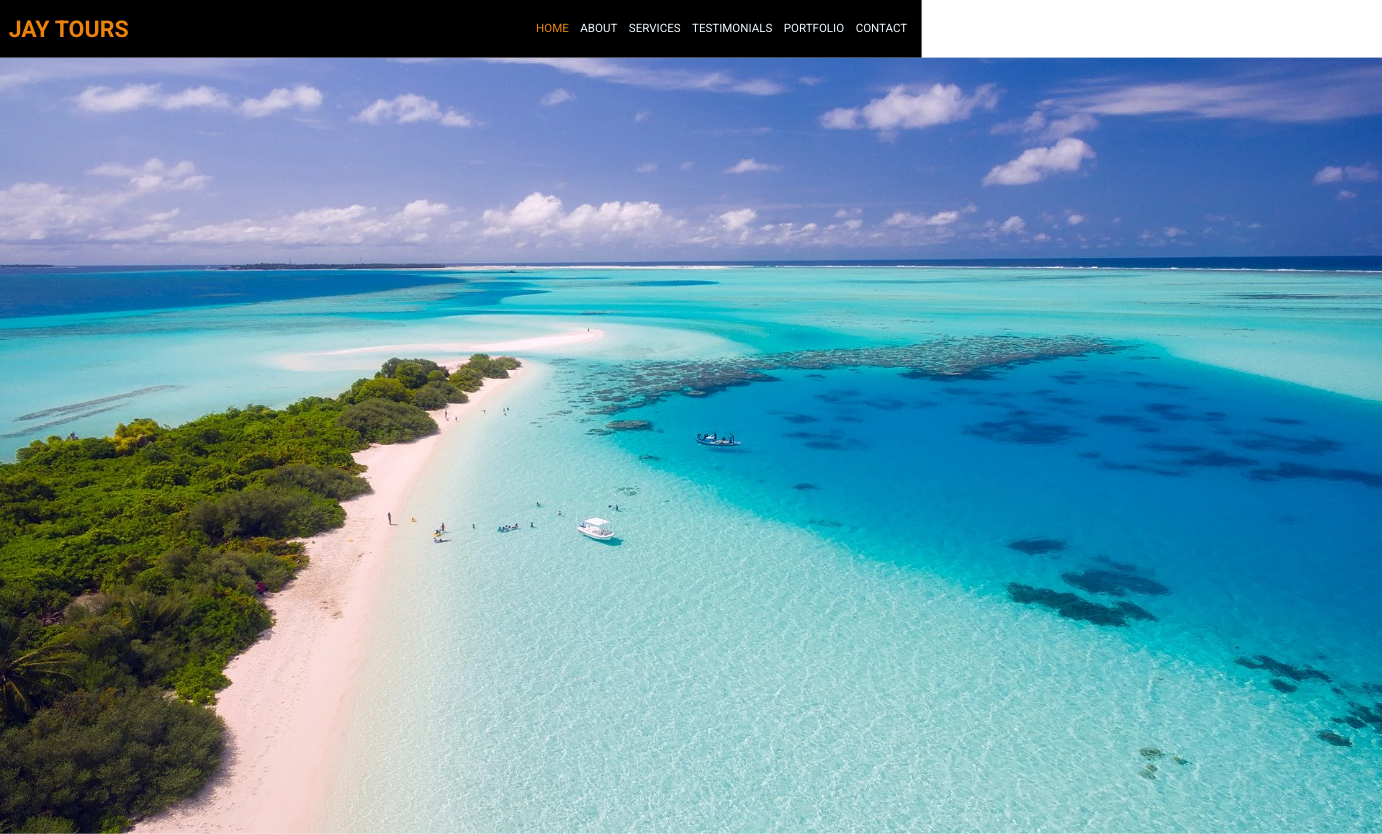
Repository: kasundiudn/Jay-Travel
Page: index.html
The author's editor kept a copy of each file at every save. The page is drawn from the files as they stood at one save, then again after a run of saves.
The browser window is 1280 px wide. The page is 1920 px wide, then 1280 px, then 1920 px, so the pictures cover 1920 px, including what lies to the right of the window. The pictures show the whole page, at 72% of full size.

Above is the page before, as saved 2025-06-26 09:34:53.

After the next 2 saves:
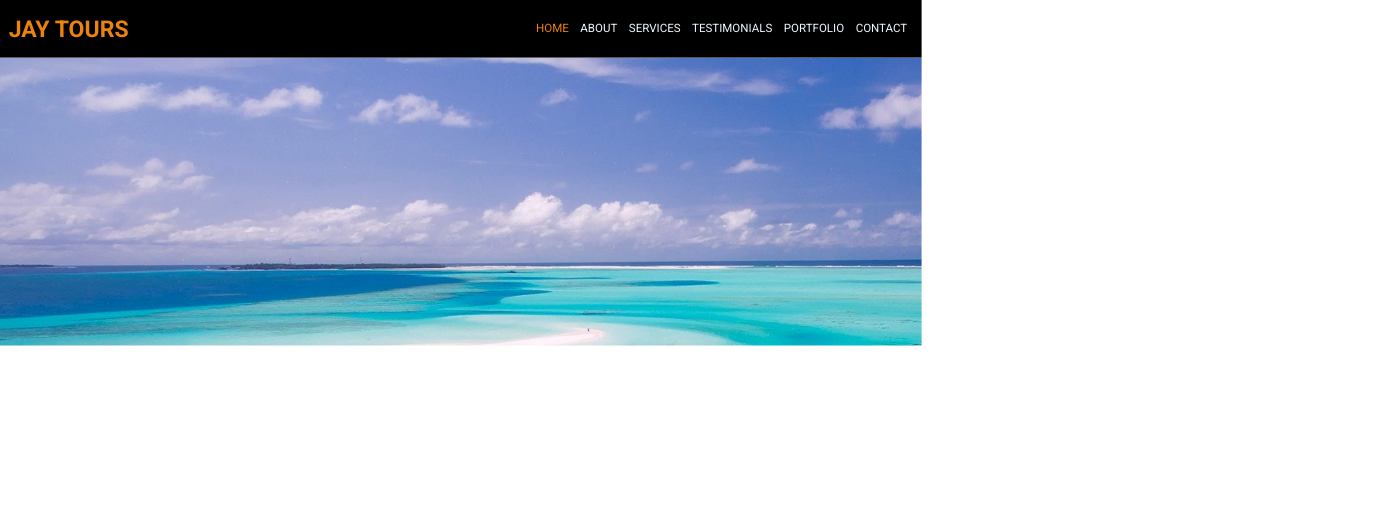
The 2 saves are shown as one change because they came seconds apart.
The last was saved 59 s later.
--- a/index.html
+++ b/index.html
@@ -14,6 +14,11 @@
     .nav-link{
         color: aliceblue;
     }
+    .image-container {
+  width: 100%;
+  height: 400px;
+  overflow: hidden;
+}
   </style>
   </head>
   <body>

After the save that followed:
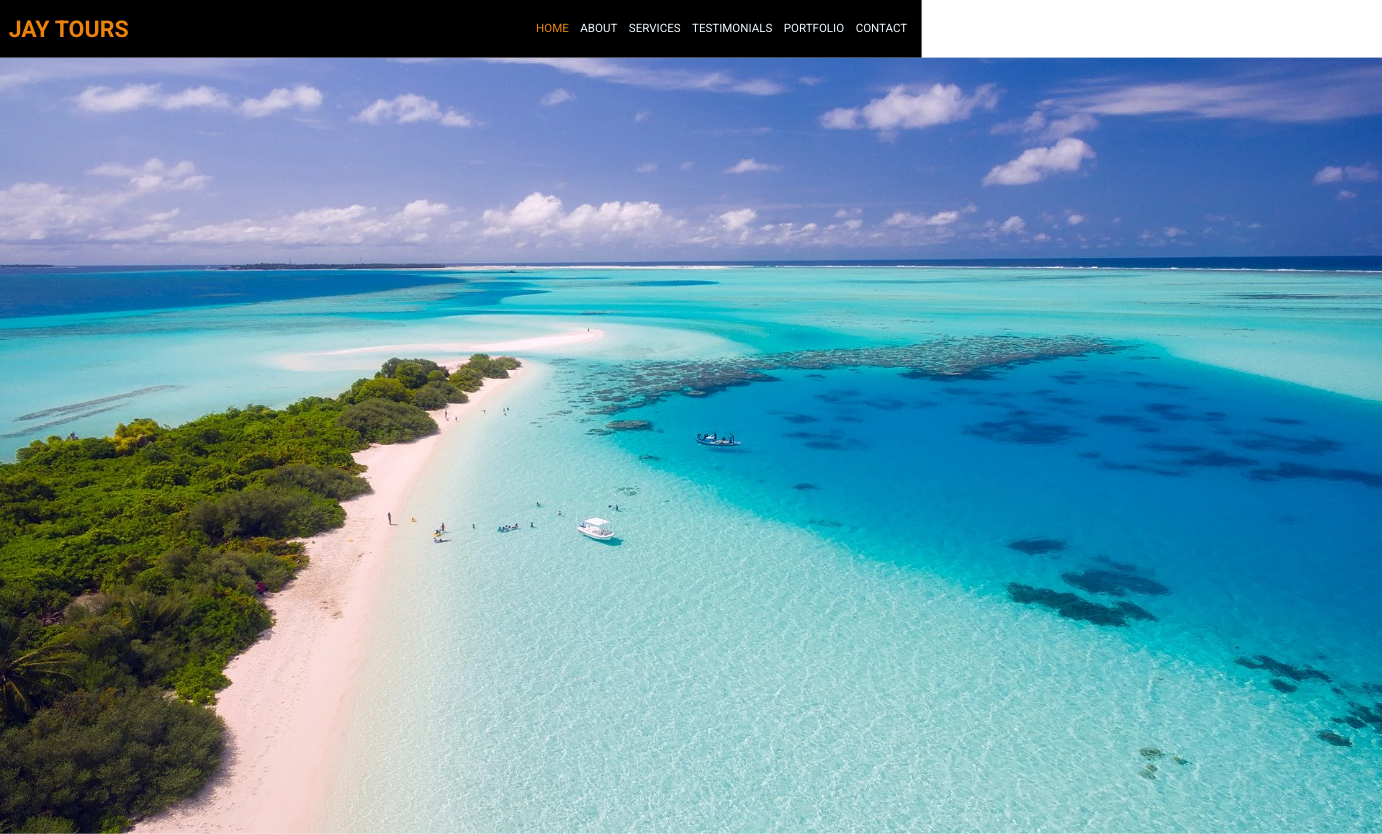
Saved 7 s later.
--- a/index.html
+++ b/index.html
@@ -17,7 +17,6 @@
     .image-container {
   width: 100%;
   height: 400px;
-  overflow: hidden;
 }
   </style>
   </head>
